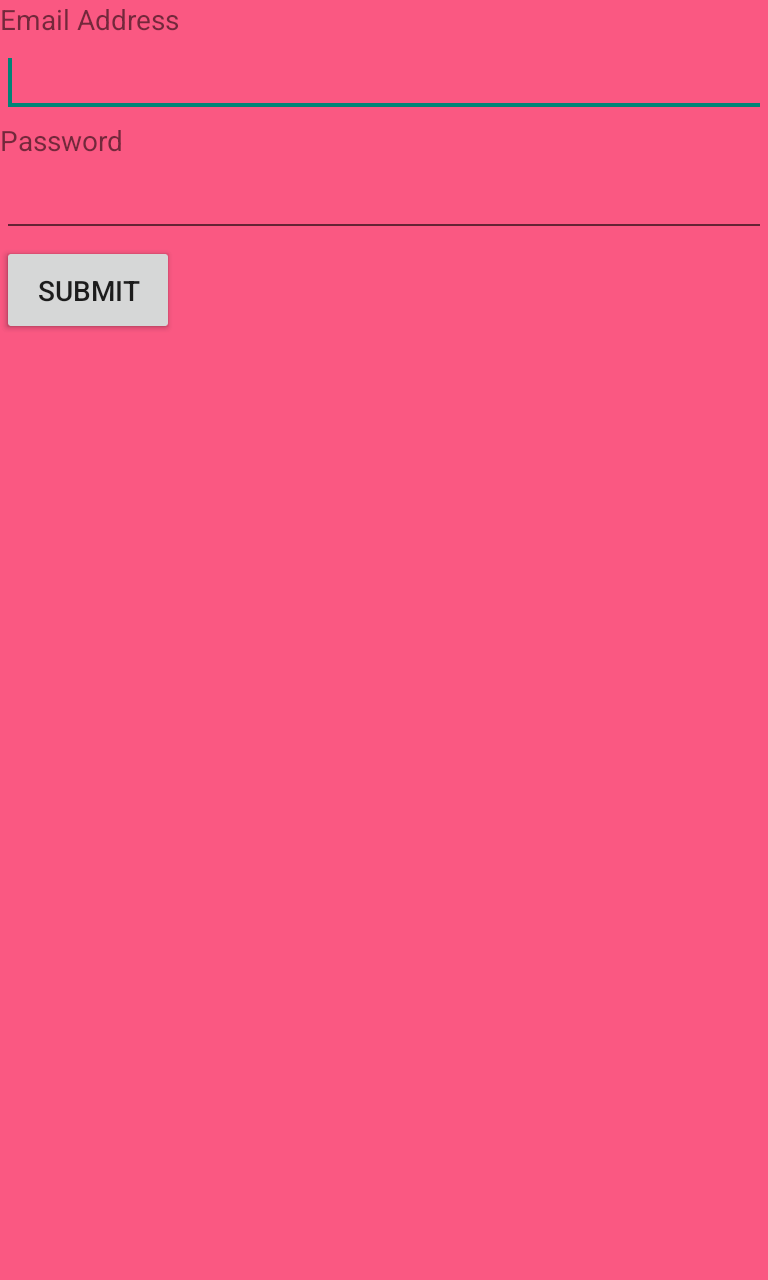
Repository: Clarenaliaka/code-challenge
Layout: ModernMum/res/layout/login.xml
The author's editor kept a copy of each file at every save. The layout is drawn from the files as they stood at one save, then again after the next save.
It is drawn on a 768 x 1280 px phone screen (xhdpi) without system bars, with theme AppTheme; the app's code is not run.

Above is the layout before, as saved 2014-07-31 09:11:03.

### ModernMum/res/layout/login.xml
<?xml version="1.0" encoding="utf-8"?>
<LinearLayout xmlns:android="http://schemas.android.com/apk/res/android"
    android:layout_width="match_parent"
    android:layout_height="match_parent"
    android:orientation="vertical"
    android:background="@color/pink">

    <TextView
        android:id="@+id/textView1"
        android:layout_width="wrap_content"
        android:layout_height="wrap_content"
        android:text="@string/email" />

    <EditText
        android:id="@+id/editText1"
        android:layout_width="match_parent"
        android:layout_height="wrap_content"
        android:ems="10"
        android:inputType="textEmailAddress" >

        <requestFocus />
    </EditText>

    <TextView
        android:id="@+id/textView2"
        android:layout_width="wrap_content"
        android:layout_height="wrap_content"
        android:text="@string/Password" />

    <EditText
        android:id="@+id/editText2"
        android:layout_width="match_parent"
        android:layout_height="wrap_content"
        android:ems="10"
        android:inputType="textPassword" />

    <RelativeLayout
    android:layout_width="match_parent"
    android:layout_height="match_parent"
    android:orientation="vertical"
    android:background="@color/pink">

    <Button
        android:id="@+id/button1"
        android:layout_width="wrap_content"
        android:layout_height="wrap_content"
        android:text="@string/btnback" />

    <Button
        android:id="@+id/button2"
        android:layout_width="wrap_content"
        android:layout_height="wrap_content"
        android:text="@string/btnsubmit" />
    </RelativeLayout>

</LinearLayout>

### ModernMum/res/values/color.xml
<?xml version="1.0" encoding="utf-8"?>
<resources>
    <color name="green">#660</color>
<color name="white">#FFFFFF</color>
<color name="black">#000000</color>
<color name="red">#FA5858</color>
<color name="brown">#2A120A</color>
<color name="grew">#151515</color>
<color name="blue">#4E3B6F</color>
<color name="purple">#AA18A3</color>
<color name="darkbrown">#AA4B18</color>
<color name="orange">#ff6633</color>
<color name="lightpink">#FFB6C1</color>
<color name="pink">#FA5882</color>
</resources>

### ModernMum/res/values/strings.xml
<?xml version="1.0" encoding="utf-8"?>
<resources>

    <string name="app_name">ModernMum</string>
    <string name="btnregister">Register</string>
    <string name="action_settings">Settings</string>
    <string name="btnlogin">Login</string>
    <string name="first">First Name</string>
    <string name="last">Last Name</string>
     <string name="email">Email Address</string>
      <string name="Password">Password</string>
    <string name="phone">Phone Number</string>
    <string name="loce">Location</string>
    <string name="title_activity_register_screen">RegisterScreenActivity</string>
    <string name="hello_world">Hello world!</string>
    <string name="title_activity_login_screen">LoginScreenActivity</string>
    <string name="btnsubmit">Submit</string>
    <string name="btnback">back</string>
    <string name="des">This is aplatform for mothers to have their privacy,interact and share emotional
    information by chatting.The can also expose the site by advertising,
    selling and buying their additional baby productr</string>

    <string-array name="modern">
        <item>location</item>
        <item>Westlands</item>
        <item>Ngong road</item>
        <item>Loresho</item>
        <item>Kasarani</item>
        <item>Karen</item>
        <item>langata</item>
        <item>Mt.View</item>
        <item>Uthiru</item>
        <item>Parklands</item>
        <item>Upper Hill</item>
        <item>Nairobi West</item>
        <item>South B</item>
        <item>South C</item>
    </string-array>

    <string name="title_activity_advert_screen">AdvertScreenActivity</string>
    <string name="baby">Baby Products</string>
    <string name="title_activity_home_screen">HomeScreenActivity</string>
    <string name="btnadvert">Advertise</string>
    <string name="btnchat">Chat</string>
    <string name="btntips">Tips</string>
    <string name="btnbuy">Buy</string>
    <string name="title_activity_chat">ChatActivity</string>

</resources>

Loaded but not shown: ModernMum/res/values/styles.xml (common file); ModernMum/res/values-v11/styles.xml (common file); ModernMum/res/values-v14/styles.xml (common file)

After the next save:
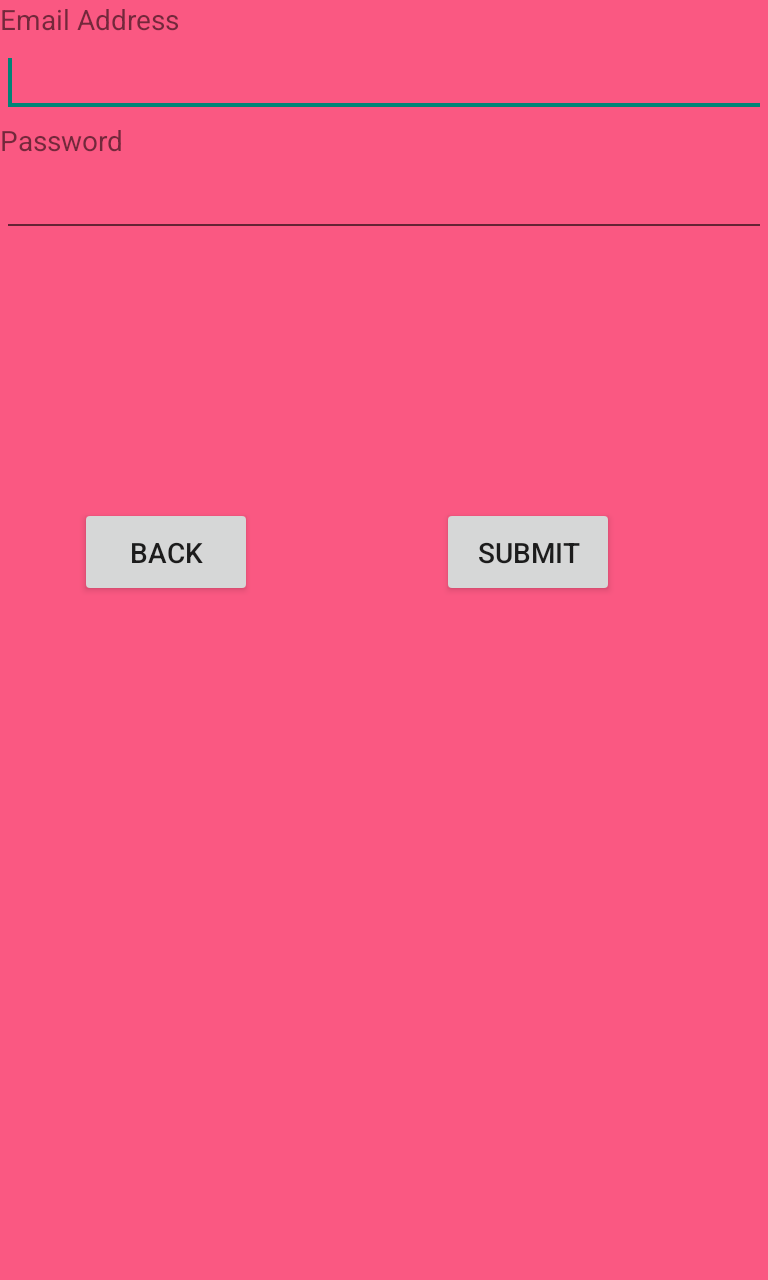
Saved 44 s later.
--- a/ModernMum/res/layout/login.xml
+++ b/ModernMum/res/layout/login.xml
@@ -41,16 +41,25 @@
     android:background="@color/pink">
 
     <Button
+        android:id="@+id/button2"
+        android:layout_width="wrap_content"
+        android:layout_height="wrap_content"
+        android:layout_alignParentRight="true"
+        android:layout_alignParentTop="true"
+        android:layout_marginRight="76dp"
+        android:layout_marginTop="131dp"
+        android:text="@string/btnsubmit" />
+
+    <Button
         android:id="@+id/button1"
         android:layout_width="wrap_content"
         android:layout_height="wrap_content"
+        android:layout_alignBaseline="@+id/button2"
+        android:layout_alignBottom="@+id/button2"
+        android:layout_alignParentLeft="true"
+        android:layout_marginLeft="39dp"
         android:text="@string/btnback" />
 
-    <Button
-        android:id="@+id/button2"
-        android:layout_width="wrap_content"
-        android:layout_height="wrap_content"
-        android:text="@string/btnsubmit" />
     </RelativeLayout>
 
 </LinearLayout>
